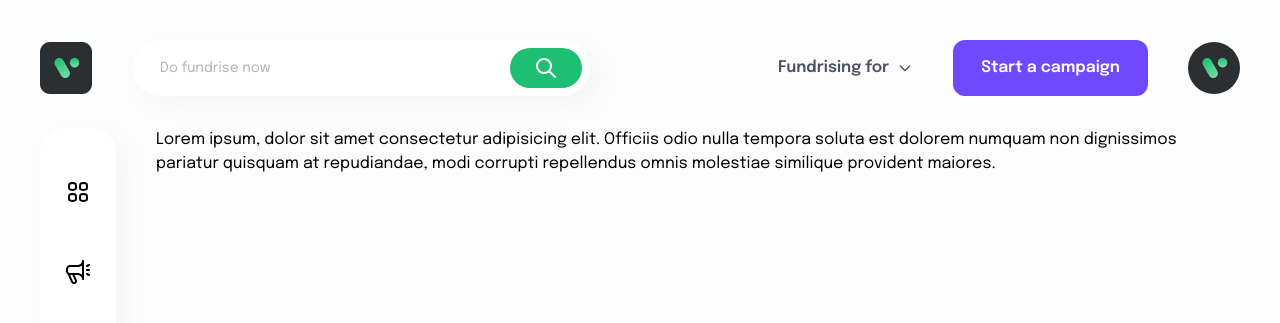
Repository: hoang0508/CrowFunding-APP
Page: /
An editor plug-in stored every save of this project. The page is shown before and after the next save, followed by the edit.
The browser window is 1280 px wide. The pictures show the whole page.
The project was rebuilt for these pictures with package versions that can differ from the ones it lists, and the page was loaded fresh each time. Also part of the build but not shown: src/components/icons/IconEyeToggle.js, src/components/common/ErrorComponent.js, src/components/button/ButtonGoogle.js. Imported but missing from the stored project, and not drawn on this page: src/store/reducers.

Above is the page before, as saved 2022-07-21 09:49:44.

### public/index.html
<!DOCTYPE html>
<html lang="en">
  <head>
    <meta charset="utf-8" />
    <link rel="icon" href="%PUBLIC_URL%/favicon.ico" />
    <meta name="viewport" content="width=device-width, initial-scale=1" />
    <meta name="theme-color" content="#000000" />
    <meta
      name="description"
      content="Web site created using create-react-app"
    />
    <link rel="apple-touch-icon" href="%PUBLIC_URL%/logo192.png" />
    <!--
      manifest.json provides metadata used when your web app is installed on a
      user's mobile device or desktop. See https://developers.google.com/web/fundamentals/web-app-manifest/
    -->
    <link rel="manifest" href="%PUBLIC_URL%/manifest.json" />
    <!--
      Notice the use of %PUBLIC_URL% in the tags above.
      It will be replaced with the URL of the `public` folder during the build.
      Only files inside the `public` folder can be referenced from the HTML.

      Unlike "/favicon.ico" or "favicon.ico", "%PUBLIC_URL%/favicon.ico" will
      work correctly both with client-side routing and a non-root public URL.
      Learn how to configure a non-root public URL by running `npm run build`.
    -->
    <link rel="preconnect" href="https://fonts.googleapis.com" />
    <link rel="preconnect" href="https://fonts.gstatic.com" crossorigin />
    <link
      href="https://fonts.googleapis.com/css2?family=Epilogue:wght@400;500;600;700&display=swap"
      rel="stylesheet"
    />
    <title>Crowfunding App</title>
  </head>
  <body>
    <noscript>You need to enable JavaScript to run this app.</noscript>
    <div id="root"></div>
    <!--
      This HTML file is a template.
      If you open it directly in the browser, you will see an empty page.

      You can add webfonts, meta tags, or analytics to this file.
      The build step will place the bundled scripts into the <body> tag.

      To begin the development, run `npm start` or `yarn start`.
      To create a production bundle, use `npm run build` or `yarn build`.
    -->
  </body>
</html>

### src/index.js
import React from "react";
import { createRoot } from "react-dom/client";
import App from "./App";
import reportWebVitals from "./reportWebVitals";
import "./index.scss";
import { Provider } from "react-redux";
import { store } from "./store/configureStore";
import { BrowserRouter } from "react-router-dom";

const container = document.getElementById("root");
const root = createRoot(container);

root.render(
  <BrowserRouter>
    <Provider store={store}>
      <App />
    </Provider>
  </BrowserRouter>
);

// If you want to start measuring performance in your app, pass a function
// to log results (for example: reportWebVitals(console.log))
// or send to an analytics endpoint. Learn more: https://bit.ly/CRA-vitals
reportWebVitals();

### src/App.js
import React, { lazy, Suspense } from "react";
import { Route, Routes } from "react-router-dom";
const SignUpPage = lazy(() => import("./pages/SignUpPage"));
const SignInPage = lazy(() => import("./pages/SignInPage"));
const DashboardPage = lazy(() => import("pages/DashboardPage"));

function App() {
  return (
    <Suspense fallback={<></>}>
      <Routes>
        <Route path="/" element={<DashboardPage />}></Route>
        <Route path="/sign-up" element={<SignUpPage />}></Route>
        <Route path="/sign-in" element={<SignInPage />}></Route>
      </Routes>
    </Suspense>
  );
}

export default App;

### src/index.scss
@tailwind base;
@tailwind components;
@tailwind utilities;
@layer base {
  body {
    @apply font-primary text-base font-normal;
    line-height: 1.5;
  }
  input {
    @apply outline-none;
  }
}

input:focus + .error-input {
  display: none;
}

### src/store/configureStore.js
import { configureStore } from "@reduxjs/toolkit";
import createSagaMiddleware from "@redux-saga/core";
import logger from "redux-logger";
import { reducer } from "./reducers";
const sagaMiddleware = createSagaMiddleware();

export const store = configureStore({
  reducer: reducer,
  middleware: (gDM) => gDM().concat(logger, sagaMiddleware),
});
// sagaMiddleware.run(rootSaga);

### src/pages/DashboardPage.js
import LayoutDashboard from "layout/LayoutDashboard";
import React from "react";

const DashboardPage = () => {
  return (
    <LayoutDashboard>
      Lorem ipsum, dolor sit amet consectetur adipisicing elit. Officiis odio
      nulla tempora soluta est dolorem numquam non dignissimos pariatur quisquam
      at repudiandae, modi corrupti repellendus omnis molestiae similique
      provident maiores.
    </LayoutDashboard>
  );
};

export default DashboardPage;

### src/components/icons/index.js
export const { default: IconEyeToggle } = require("./IconEyeToggle");
export const { default: IconDashboard } = require("./IconDashboard");
export const { default: IconCampaign } = require("./IconCampaign");

### src/components/button/index.js
export const { default: Button } = require("./Button");
export const { default: ButtonGoogle } = require("./ButtonGoogle");

### src/layout/LayoutDashboard.js
import DashboardSidebar from "modules/dashboard/DashboardSidebar";
import DashboardTopbar from "modules/dashboard/DashboardTopbar";
import React from "react";

const LayoutDashboard = ({ children }) => {
  return (
    <div className="p-10 bg-lite min-h-screen">
      <DashboardTopbar></DashboardTopbar>
      <div className="flex items-start gap-x-10">
        <DashboardSidebar></DashboardSidebar>
        <div>{children}</div>
      </div>
    </div>
  );
};

export default LayoutDashboard;

### src/components/icons/IconDashboard.js
import React from "react";

const IconDashboard = () => {
  return (
    <span>
      <svg
        width={24}
        height={24}
        viewBox="0 0 24 24"
        fill="none"
        xmlns="http://www.w3.org/2000/svg"
      >
        <path
          fillRule="evenodd"
          clipRule="evenodd"
          d="M3 6.5C3 3.87479 3.02811 3 6.5 3C9.97189 3 10 3.87479 10 6.5C10 9.12521 10.0111 10 6.5 10C2.98893 10 3 9.12521 3 6.5Z"
          stroke="currentColor"
          strokeWidth={2}
          strokeLinecap="round"
          strokeLinejoin="round"
        />
        <path
          fillRule="evenodd"
          clipRule="evenodd"
          d="M14 6.5C14 3.87479 14.0281 3 17.5 3C20.9719 3 21 3.87479 21 6.5C21 9.12521 21.0111 10 17.5 10C13.9889 10 14 9.12521 14 6.5Z"
          stroke="currentColor"
          strokeWidth={2}
          strokeLinecap="round"
          strokeLinejoin="round"
        />
        <path
          fillRule="evenodd"
          clipRule="evenodd"
          d="M3 17.5C3 14.8748 3.02811 14 6.5 14C9.97189 14 10 14.8748 10 17.5C10 20.1252 10.0111 21 6.5 21C2.98893 21 3 20.1252 3 17.5Z"
          stroke="currentColor"
          strokeWidth={2}
          strokeLinecap="round"
          strokeLinejoin="round"
        />
        <path
          fillRule="evenodd"
          clipRule="evenodd"
          d="M14 17.5C14 14.8748 14.0281 14 17.5 14C20.9719 14 21 14.8748 21 17.5C21 20.1252 21.0111 21 17.5 21C13.9889 21 14 20.1252 14 17.5Z"
          stroke="currentColor"
          strokeWidth={2}
          strokeLinecap="round"
          strokeLinejoin="round"
        />
      </svg>
    </span>
  );
};

export default IconDashboard;

### src/components/icons/IconCampaign.js
import React from "react";

const IconCampaign = () => {
  return (
    <svg
      width={24}
      height={24}
      viewBox="0 0 24 24"
      fill="none"
      xmlns="http://www.w3.org/2000/svg"
    >
      <g clipPath="url(#clip0_2253_6118)">
        <path
          d="M17 0C16.7348 0 16.4804 0.105357 16.2929 0.292893C16.1054 0.48043 16 0.734784 16 1C16 3.949 13.417 5 11 5H4C2.93913 5 1.92172 5.42143 1.17157 6.17157C0.421427 6.92172 0 7.93913 0 9L0 11C0.00218416 11.5987 0.139462 12.1893 0.401603 12.7276C0.663743 13.2659 1.04399 13.7381 1.514 14.109L5.086 22.081C5.34004 22.6521 5.75417 23.1373 6.27827 23.4779C6.80237 23.8185 7.41396 23.9998 8.039 24C8.53631 23.9997 9.02565 23.875 9.46247 23.6373C9.89929 23.3996 10.2697 23.0564 10.54 22.639C10.8104 22.2215 10.972 21.7431 11.0103 21.2473C11.0485 20.7515 10.9621 20.2539 10.759 19.8L8.559 15H11C13.417 15 16 16.051 16 19C16 19.2652 16.1054 19.5196 16.2929 19.7071C16.4804 19.8946 16.7348 20 17 20C17.2652 20 17.5196 19.8946 17.7071 19.7071C17.8946 19.5196 18 19.2652 18 19V1C18 0.734784 17.8946 0.48043 17.7071 0.292893C17.5196 0.105357 17.2652 0 17 0V0ZM8.937 20.619C9.00324 20.7686 9.03109 20.9323 9.01804 21.0954C9.005 21.2585 8.95145 21.4157 8.86227 21.5529C8.77309 21.69 8.65109 21.8027 8.50733 21.8808C8.36357 21.9589 8.20259 21.9999 8.039 22C7.8004 21.9998 7.56697 21.9304 7.36709 21.8001C7.1672 21.6698 7.00945 21.4842 6.913 21.266L4.105 15H6.359L8.937 20.619ZM16 14.6C14.5713 13.4992 12.8024 12.9331 11 13H4C3.46957 13 2.96086 12.7893 2.58579 12.4142C2.21071 12.0391 2 11.5304 2 11V9C2 8.46957 2.21071 7.96086 2.58579 7.58579C2.96086 7.21071 3.46957 7 4 7H11C12.8018 7.0683 14.5706 6.50403 16 5.405V14.6ZM23.9 15.452C23.8413 15.5696 23.7601 15.6744 23.6609 15.7606C23.5617 15.8467 23.4465 15.9125 23.3218 15.9541C23.1972 15.9957 23.0656 16.0123 22.9345 16.0031C22.8035 15.9938 22.6755 15.9588 22.558 15.9L20.558 14.9C20.3206 14.7814 20.1401 14.5735 20.0561 14.3218C19.972 14.0701 19.9915 13.7954 20.11 13.558C20.2286 13.3206 20.4365 13.1401 20.6882 13.0561C20.9399 12.972 21.2146 12.9914 21.452 13.11L23.452 14.11C23.6882 14.2285 23.8678 14.4356 23.9518 14.6861C24.0357 14.9366 24.0171 15.2102 23.9 15.447V15.452ZM20.11 6.452C20.0512 6.33448 20.0162 6.20653 20.0069 6.07546C19.9977 5.9444 20.0143 5.81279 20.0559 5.68816C20.0975 5.56353 20.1633 5.44832 20.2494 5.34912C20.3356 5.24991 20.4404 5.16866 20.558 5.11L22.558 4.11C22.7954 3.99145 23.0701 3.97205 23.3218 4.05606C23.5735 4.14008 23.7815 4.32063 23.9 4.558C24.0186 4.79537 24.038 5.07011 23.9539 5.32178C23.8699 5.57346 23.6894 5.78145 23.452 5.9L21.452 6.9C21.3345 6.95876 21.2065 6.99378 21.0755 7.00306C20.9444 7.01234 20.8128 6.99571 20.6882 6.9541C20.5635 6.9125 20.4483 6.84674 20.3491 6.76058C20.2499 6.67443 20.1687 6.56957 20.11 6.452ZM20 10C20 9.73478 20.1054 9.48043 20.2929 9.29289C20.4804 9.10536 20.7348 9 21 9H23C23.2652 9 23.5196 9.10536 23.7071 9.29289C23.8946 9.48043 24 9.73478 24 10C24 10.2652 23.8946 10.5196 23.7071 10.7071C23.5196 10.8946 23.2652 11 23 11H21C20.7348 11 20.4804 10.8946 20.2929 10.7071C20.1054 10.5196 20 10.2652 20 10Z"
          fill="currentColor"
        />
      </g>
      <defs>
        <clipPath id="clip0_2253_6118">
          <rect width={24} height={24} fill="white" />
        </clipPath>
      </defs>
    </svg>
  );
};

export default IconCampaign;

### src/components/button/Button.js
import React from "react";
import PropTypes from "prop-types";
import classNames from "utils/className";

const Button = ({
  type,
  children,
  className = "",
  isLoading = false,
  ...rest
}) => {
  const child = !!isLoading ? (
    <div className="w-10 h-10 border-4 border-white border-t-transparent border-b-transparent rounded-full animate-spin"></div>
  ) : (
    children
  );
  return (
    <button
      type={type}
      className={classNames(
        "font-semibold p-4 rounded-xl flex justify-center items-center min-h-[56px]  text-white",
        !!isLoading ? "opacity-50 pointer-events-none" : "",
        className
      )}
      // className={`font-semibold py-4 rounded-xl flex justify-center items-center min-h-[56px]
      // ${className} text-white ${
      //   !!isLoading ? "opacity-50 pointer-events-none" : ""
      // }`}
      {...rest}
    >
      {child}
    </button>
  );
};

Button.propTypes = {
  type: PropTypes.string.isRequired,
  className: PropTypes.string,
  children: PropTypes.node,
  isLoading: PropTypes.bool,
};

export default Button;

### src/modules/dashboard/DashboardSidebar.js
import { IconCampaign, IconDashboard } from "components/icons";
import React from "react";
import { NavLink } from "react-router-dom";

const sidebarLinks = [
  {
    icon: <IconDashboard></IconDashboard>,
    title: "Dashboard",
    url: "/",
  },
  {
    icon: <IconCampaign></IconCampaign>,
    title: "Campaign",
    url: "/campaign",
  },
];

const DashboardSidebar = () => {
  return (
    <div className="w-full md:w-[76px] rounded-3xl shadow-[10px_10px_20px_rgba(218,_213,_213,_0.15)] bg-white px-[14px] py-10">
      {sidebarLinks.map((link) => (
        <NavLink
          to={link.url}
          key={link.title}
          className="flex items-center md:justify-center md:w-12 md:h-12 md:rounded-3xl md:mb-8"
        >
          <span>{link.icon}</span>
          <span className="md:hidden">{link.title}</span>
        </NavLink>
      ))}
    </div>
  );
};

export default DashboardSidebar;

### src/modules/dashboard/DashboardTopbar.js
import { Button } from "components/button";
import React from "react";
import DashboardFunc from "./DashboardFunc";
import DashboardSearch from "./DashboardSearch";

const DashboardTopbar = () => {
  return (
    <div className="flex items-center justify-between mb-8">
      <div className="flex items-center gap-x-10 flex-1">
        <img src="/logo.png" alt="crowfunding-app" />
        <div className="w-full max-w-[458px] ">
          <DashboardSearch></DashboardSearch>
        </div>
      </div>
      <div className="flex items-center gap-x-10 flex-1 justify-end">
        <DashboardFunc></DashboardFunc>
        <Button className="bg-secondary px-7">Start a campaign</Button>
        <img
          src="/logo.png"
          alt="crowfunding-app"
          className="rounded-full object-cover"
        />
      </div>
    </div>
  );
};

export default DashboardTopbar;

### src/utils/className.js
export default function classNames(...args) {
  return args
    .reduce((acc, val) => {
      if (typeof val === "string") {
        return acc.concat(val.split(" "));
      }
      return acc.concat(Object.values(val));
    }, [])
    .join(" ");
}

### src/modules/dashboard/DashboardFunc.js
import React from "react";

const DashboardFunc = () => {
  return (
    <div className="text-text2 font-semibold flex items-center gap-x-2">
      <span>Fundrising for</span>
      <span className="w-4">
        <svg
          xmlns="http://www.w3.org/2000/svg"
          className="h-6 w-6 max-w-full"
          fill="none"
          viewBox="0 0 24 24"
          stroke="currentColor"
        >
          <path
            strokeLinecap="round"
            strokeLinejoin="round"
            strokeWidth={2}
            d="M19 9l-7 7-7-7"
          />
        </svg>
      </span>
    </div>
  );
};

export default DashboardFunc;

### src/modules/dashboard/DashboardSearch.js
import React from "react";

const DashboardSearch = () => {
  return (
    <div className="bg-white rounded-full shadow-[10px_10px_20px_rgba(218,_213,_213,_0.15)] p-2 flex items-center">
      <div className="flex-1">
        <input
          type="text"
          placeholder="Do fundrise now"
          className=" w-full text-sm font-normal placeholder:text-text4 px-5 text-text1"
        />
      </div>
      <button className="w-[72px] h-10 rounded-full bg-primary text-white flex items-center justify-center flex-shrink-0">
        <svg
          xmlns="http://www.w3.org/2000/svg"
          className="h-6 w-6"
          fill="none"
          viewBox="0 0 24 24"
          stroke="currentColor"
        >
          <path
            strokeLinecap="round"
            strokeLinejoin="round"
            strokeWidth={2}
            d="M21 21l-6-6m2-5a7 7 0 11-14 0 7 7 0 0114 0z"
          />
        </svg>
      </button>
    </div>
  );
};

export default DashboardSearch;

### tailwind.config.js
module.exports = {
  darkMode: "class",
  content: ["./src/**/*.{js,jsx,ts,tsx}"],
  theme: {
    extend: {
      fontFamily: {
        primary: ["Epilogue", "sans-serif;"],
      },
      colors: {
        primary: "#1DC071",
        secondary: "#6F49FD",
        text1: "#171725",
        text2: "#4B5264",
        text3: "#808191",
        text4: "#B2B3BD",
        "icon-color": "#A2A2A8",
        white: "#FFFFFF",
        whiteSoft: "#FCFBFF",
        graySoft: "#FCFCFC",
        strock: "#F1F1F3",
        lite: "#FCFCFD",
        error: "#EB5757",
        darkbg: "#13131A",
        darkSecondary: "#1C1C24",
        softDark: "#22222C",
        darkSoft: "#24242C",
        darkStroke: "#3A3A43",
      },
    },
  },
  plugins: [],
};

Loaded but not shown: src/reportWebVitals.js (common file)

After the next save:
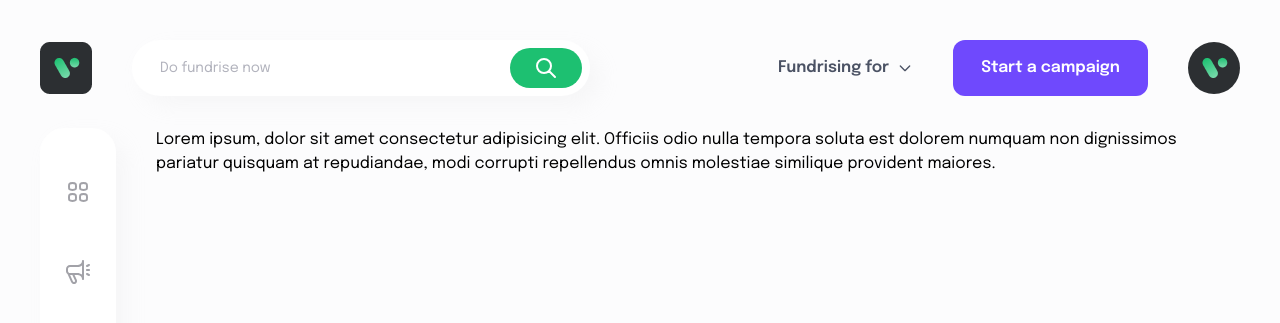
Saved 85 s later.
--- a/src/modules/dashboard/DashboardSidebar.js
+++ b/src/modules/dashboard/DashboardSidebar.js
@@ -22,7 +22,7 @@ const DashboardSidebar = () => {
         <NavLink
           to={link.url}
           key={link.title}
-          className="flex items-center md:justify-center md:w-12 md:h-12 md:rounded-3xl md:mb-8"
+          className="flex items-center md:justify-center md:w-12 md:h-12 md:rounded-3xl md:mb-8 text-icon-color"
         >
           <span>{link.icon}</span>
           <span className="md:hidden">{link.title}</span>
